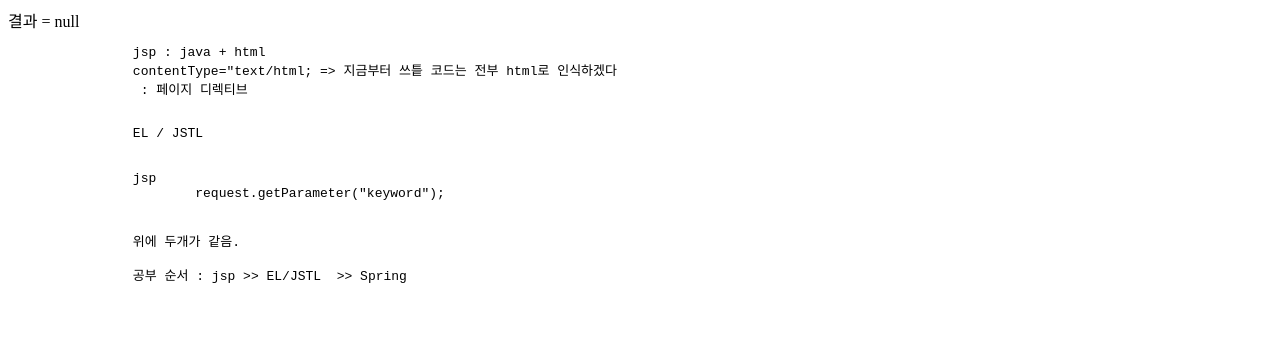
Repository: rwanda95do/bitcamp
Page: http://localhost/JQueryAjax/text/textdata.jsp
An editor plug-in stored every save of this project. The page is shown before and after the next save, followed by the edit.
The browser window is 1280 px wide. The pictures show the whole page.
The page is served by Tomcat 9.

Above is the page before, as saved 2024-08-27 06:53:43.

### JQueryAjax/src/main/webapp/text/textdata.jsp
<%@ page language="java" contentType="text/html; charset=UTF-8"
    pageEncoding="UTF-8"%>

<%
//JAVA
//keyword로 넘어온 값을 내놔라 (서버가 받음)
String result = request.getParameter("keyword");

%>

<!-- request로 받은 result값을 출력하라  -->
결과 = <%=result %>


<%-- sjp주석 --%>

<!DOCTYPE html>
<html>
<head>
<meta charset="UTF-8">
<title>Insert title here</title>
</head>
<body>
	<pre>
		jsp : java + html
		contentType="text/html; => 지금부터 쓰틑 코드는 전부 html로 인식하겠다
		<% %> : 페이지 디렉티브
	</pre>

	<pre>
		EL / JSTL
			${param.keyword}

		jsp
			request.getParameter("keyword");


		위에 두개가 같음.

		공부 순서 : jsp >> EL/JSTL  >> Spring
	</pre>
</body>
</html>

After the next save:
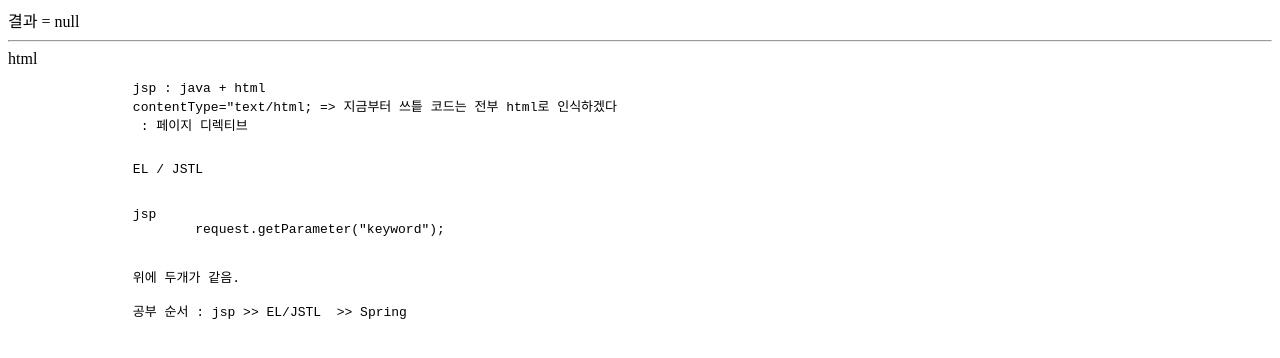
Saved 23 s later.
--- a/JQueryAjax/src/main/webapp/text/textdata.jsp
+++ b/JQueryAjax/src/main/webapp/text/textdata.jsp
@@ -21,6 +21,8 @@
 <title>Insert title here</title>
 </head>
 <body>
+	<hr>
+	html
 	<pre>
 		jsp : java + html
 		contentType="text/html; => 지금부터 쓰틑 코드는 전부 html로 인식하겠다
